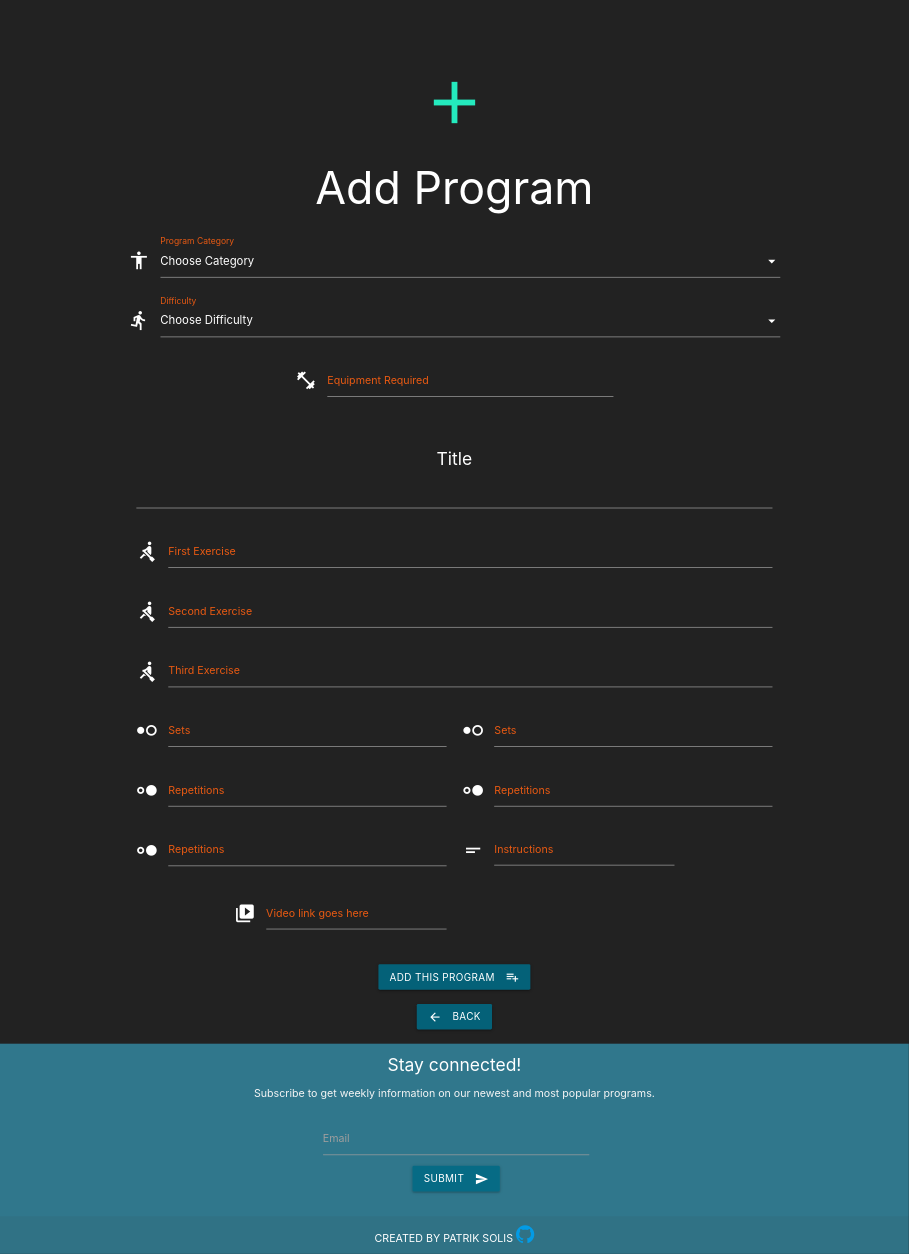
Repository: Ario124/calisthenics-project
Page: http://localhost/add_program
The author's editor kept a record of every edit. The page is drawn from the files as they stood at one moment, then again after the next edit.
The browser window is 1280 px wide. The pictures show the whole page, at 71% of full size.
The page is served by the project's application, run on Flask 3 (app.py). Queries for data that is not in the repository find no rows.

Above is the page before.

After the next edit:
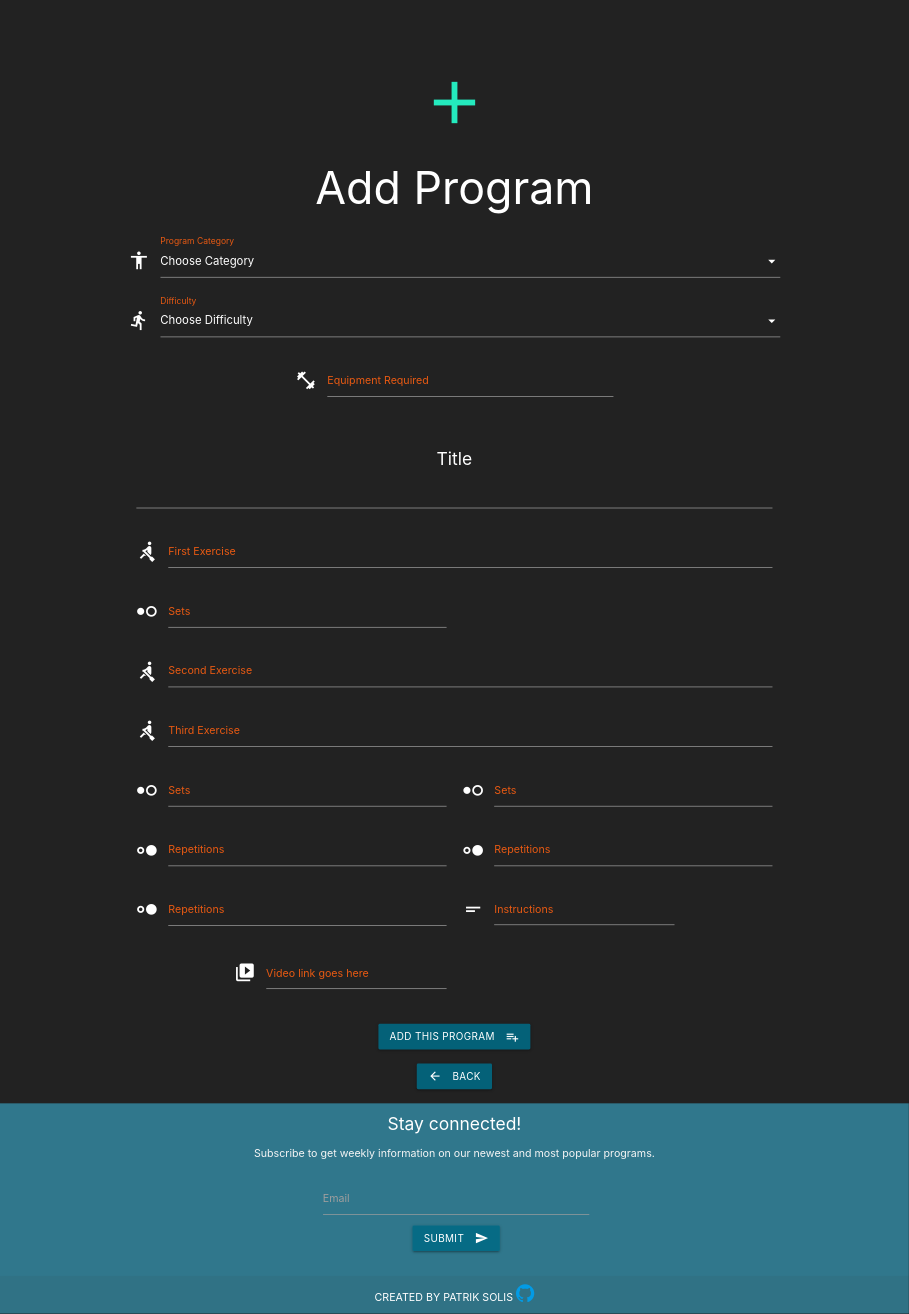
The edit:
--- a/templates/add_program.html
+++ b/templates/add_program.html
@@ -49,6 +49,12 @@
                 <i class="material-icons prefix">rowing</i>
                 <input id="exercise" name="exercise" type="text" required>
                 <label for="icon_prefix">First Exercise</label>
+            </div>
+
+                        <div class="input-field col s6">
+                <i class="material-icons prefix">hdr_weak</i>
+                <input id="sets_amount" name="sets_amount" type="text" required>
+                <label for="icon_prefix">Sets</label>
             </div>
 
             <div class="input-field col s12">
